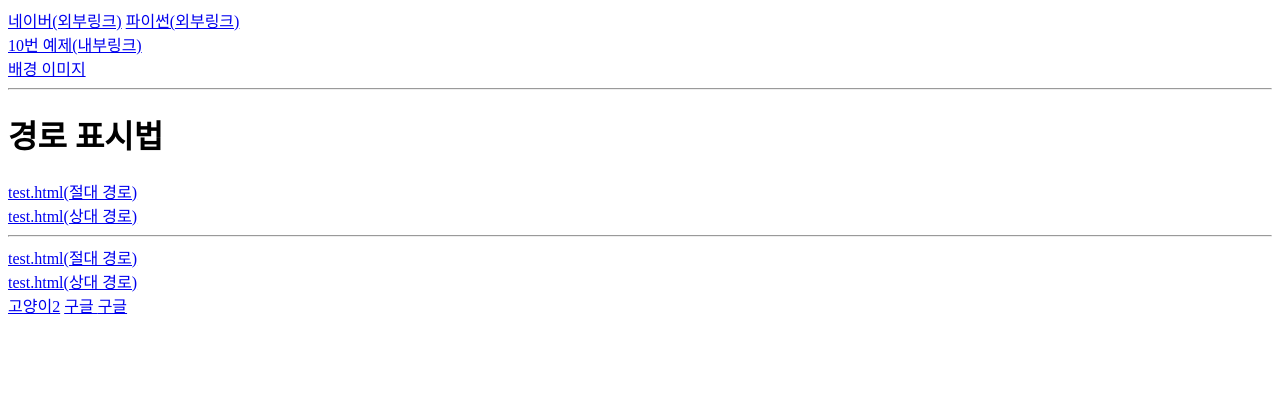
Repository: Chun0903/classStudy_github.io
Page: client/ClientTest/WebContent/sub/ex11_link.html
These files come from the project's save history. The page is drawn as it stood at one moment and after the next save; the edit follows.
The browser window is 1280 px wide. The pictures show the whole page.

Above is the page before, as saved 2020-06-19 02:35:05.

### client/ClientTest/WebContent/sub/ex11_link.html
<!DOCTYPE html>
<html>
<head>
<meta charset="UTF-8">
<title>Insert title here</title>
</head>
<body>

	<!--

		링크, Link
		-<a> 태그, anchor(닻), link

		링크 속성
		- href: 이동할 URL, Reference a Hyperlink
			-href의 대상
				a. HTML 페이지
				b. 이미지
				c. 문서
				d. 압축 파일
				e. 동영상...


	 -->

	<a href="http://naver.com">네이버(외부링크)</a>
	<a href="http://python.org">파이썬(외부링크)</a>
	<br>
	<a href="ex10_list.html">10번 예제(내부링크)</a>
	<br>
	<a href="images/고양이2.jpg">배경 이미지</a>

	<hr>

	<h1>경로 표시법</h1>

	<!--

		1. 절대 경로
			- 어디에서 사용하던지 항상 기준이 같은 경로 표기법
			- '/ClientTest' == 'WebContent'
			- '/컨텍스트루트' == 'WebContent'
		2. 상대 경로
			- 어디에서 사용하느냐에 따라 기준이 다른 경로 표기법
			- 현재 페이지가 소속되어 있는 디렉토리를 기준으로 한다.
		3. 외부 경로
			- http://naver.com/dog.jpg
			- 가끔씩
		4. 로컬 경로(절대 사용X)
			- D:\고양이2.jpg

		경로 구분자
		1. '\' : 파일 경로(드라이브명으로 시작)
		2. '/' : 웹 경로(URL)

		프로젝트 URL
		- 대소문자 혼용
		- 소문자만 사용

	 -->

	<a href="/client/test.html">test.html(절대 경로)</a><br>
	<a href="./test.html">test.html(상대 경로)</a><br>

	<hr>

	<!-- 타겟 리소스가 이동하면 절대경로/상대경로 모두 수정해야 한다. -->
	<a href="/client/test/test.html">test.html(절대 경로)</a><br>
	<a href="../test/test.html">test.html(상대 경로)</a><br>

	<a href="d:\고양이2.jpg">고양이2</a>


	<!--
		a.target 속성
		- 열거형
			1. '_blank'
			2. '_self' : default
			---------------
			3. '_parent'
			4. '_top'
			5. 프레임명
	-->

	 <a href="http://google.com" target="_self"> 구글 </a>
	 <a href="http://google.com" target="_blank"> 구글 </a>



</body>
</html>

After the next save:
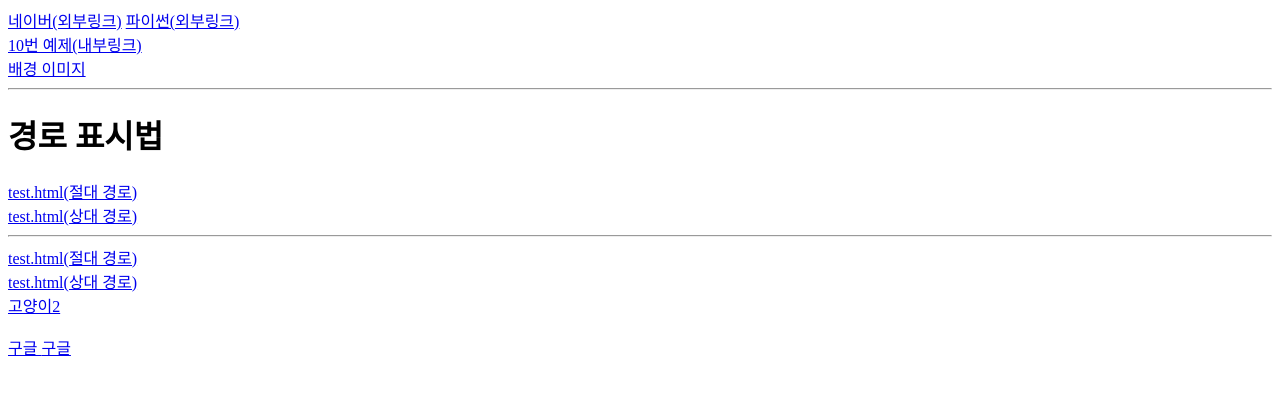
Saved 12 s later.
--- a/client/ClientTest/WebContent/sub/ex11_link.html
+++ b/client/ClientTest/WebContent/sub/ex11_link.html
@@ -68,7 +68,7 @@
 	<a href="/client/test/test.html">test.html(절대 경로)</a><br>
 	<a href="../test/test.html">test.html(상대 경로)</a><br>
 
-	<a href="d:\고양이2.jpg">고양이2</a>
+	<a href="d:\고양이2.jpg">고양이2</a><br><br>
 
 
 	<!--
